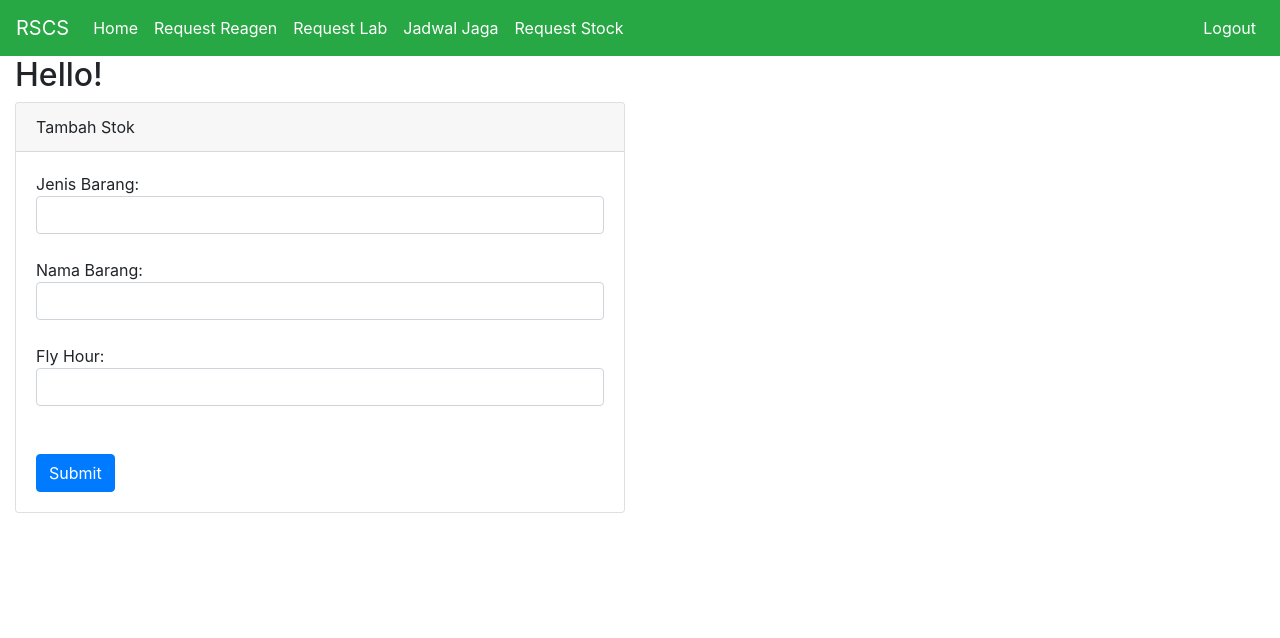
Repository: usamah1707/Tugas-Akhir-Kelompok-6
Page: http://localhost/add-stok
An editor plug-in stored every save of this project. The page is shown before and after the next save, followed by the edit.
The browser window is 1280 px wide. The pictures show the whole page.
The page is this project's Thymeleaf template; nobody is signed in. The template is opened directly, without the code that normally fills it, so the values that code supplies are empty.

Above is the page before, as saved 2019-05-28 13:12:41.

### TA_6/src/main/resources/templates/add-stok.html
<!DOCTYPE html>
<html xmlns:th="http://www.thymeleaf.org">

<head>
    <title>Add Stok</title>

    <object th:include="fragments/fragment :: css" th:remove="tag"></object>
    <object th:include="fragments/fragment :: js" th:remove="tag"></object>
</head>

<body>
    <nav th:replace="fragments/fragment :: navbar"></nav>

    <div class="container-fluid">
        <h2>Hello!</h2>
        <div class="row">
            <div class="col-md-6">
                <div class="card">
                    <div class="card-header">
                        Tambah Stok
                    </div>
                    <div class="card-body">
                        <form th:action="@{/lab/stok/tambah}" th:object="${stok}" method="POST">
                            Jenis Barang: <br>
                            <input type="text" name="namaBarang" class="form-control"/>
                            <br>
                            Nama Barang: <br>
                            <input type="text" name="name" class="form-control"/>
                            <br>
                            Fly Hour: <br>
                            <input type="number" name="flyHour" class="form-control"/>
                            <br><br>
                            <button type="submit" class="btn btn-primary">Submit</button>
                        </form>
                    </div>
                </div>
            </div>
        </div>
    </div>
</body>

</html>

### TA_6/src/main/resources/templates/fragments/fragment.html
<!DOCTYPE html>
<html xmlns:th="http://www.thymeleaf.org">

<head>
    <title>Home</title>
	<head th:fragment="metas">
		<meta charset="utf-8">
    	<meta name="viewport" content="width=device-width, initial-scale=1, shrink-to-fit=no">
	</head>
    <head th:fragment="css">
    	<link rel="stylesheet" th:href="@{/css/style.css}">
        <link rel="stylesheet" th:href="@{/css/bootstrap.min.css}">

    </head>

    <head th:fragment="js">
    	<script
  src="https://code.jquery.com/jquery-3.3.1.js"
  integrity="sha256-2Kok7MbOyxpgUVvAk/HJ2jigOSYS2auK4Pfzbm7uH60="
  crossorigin="anonymous"></script>
        <script th:src="@{/js/bootstrap.min.js}"></script>
    </head>
</head>

<body>
    <nav th:fragment="navbar" class="navbar navbar-expand-lg navbar-dark bg-success">
        <a class="navbar-brand" href="#">RSCS</a>
        <div class="collapse navbar-collapse" id="navbarSupportedContent">
            <ul class="navbar-nav mr-auto">
                <li class="nav-item active">
                    <a class="nav-link" th:href="@{/}">Home</a>
                </li>

                <li class="nav-item active">
                    <a class="nav-link" th:href="@{/lab/kebutuhan/tambah}">Request Reagen</a>
                </li>
                 <li class="nav-item active">
                    <a class="nav-link" th:href="@{/lab/pemeriksaan/permintaan}">Request Lab</a>
                </li>
                <li class="nav-item active">
                    <a class="nav-link" th:href="@{/jadwal-jaga}">Jadwal Jaga</a>
                </li>
                <li class="nav-item active">
                    <a class="nav-link" th:href="@{/obat/request}">Request Stock</a>
                </li>
            </ul>
            <ul class="navbar-nav pull-right">
            	<li class="nav-item active">
            		<a class="nav-link" th:href="@{/logout}">Logout</a>
            	</li>
            </ul>
        </div>
    </nav>
</body>

</html>

### TA_6/src/main/resources/static/css/style.css
body {
  background: #34495e;
  font: normal 300 18px "Roboto", sans-serif;
}

#menu-nav {
  max-width: 1000px;
  margin: 130px auto;
  background-color: #ecf0f1;
  border-radius: 4px;
  box-shadow: 0 2px 5px rgba(0, 0, 0, 0.3);
}

#navigation-bar ul {
  border-radius: 4px;
  overflow: hidden;
}
#navigation-bar li {
  float: left;
  width: 20%;
}
#navigation-bar li:hover a::before {
  right: 0;
  left: 0;
}
#navigation-bar a {
  color: #848484;
  font-size: 20px;
  text-decoration: none;
  text-align: center;
  padding: 20px 0;
  display: block;
  position: relative;
  transition: all 0.3s ease;
}
#navigation-bar a:hover {
  color: #e74c3c;
}
#navigation-bar a::before {
  content: "";
  transition: all 0.4s ease-in-out;
  position: absolute;
  right: 50%;
  left: 50%;
  bottom: 0;
  height: 2px;
  background-color: #e74c3c;
}
#navigation-bar a:hover::before {
  right: 0;
  left: 0;
}

li {
	list-style: none;
}

Loaded but not shown: TA_6/src/main/resources/static/css/bootstrap.min.css (library); TA_6/src/main/resources/static/js/bootstrap.min.js (library)

After the next save:
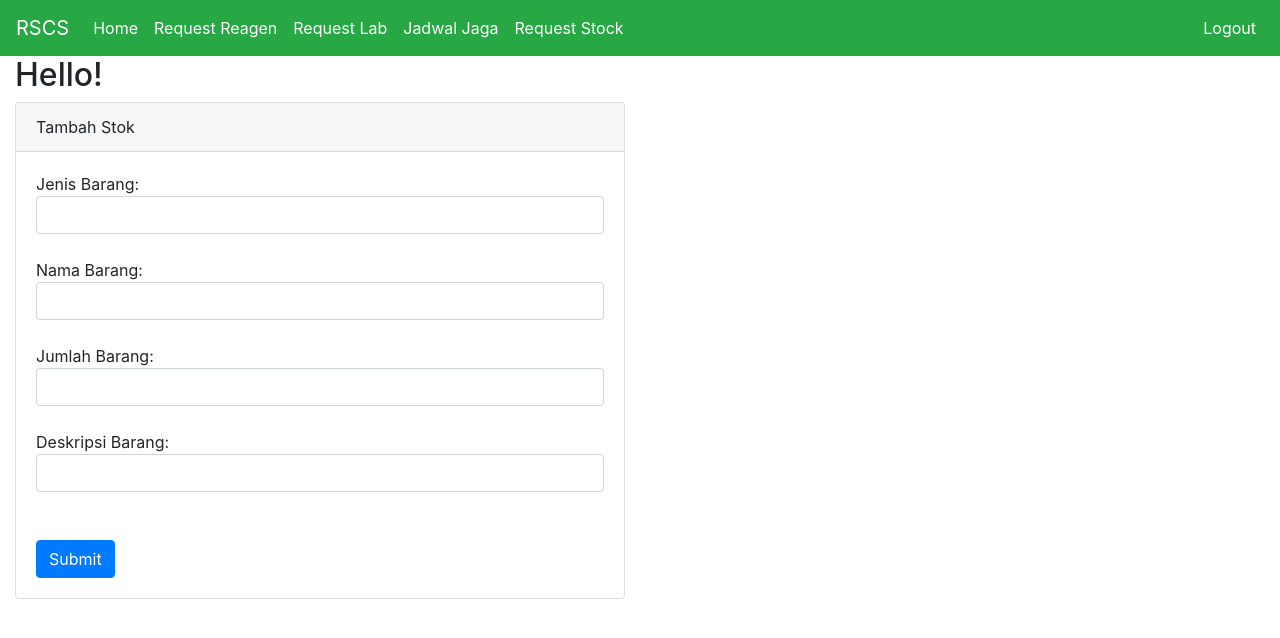
Saved 2 min 29 s later.
--- a/TA_6/src/main/resources/templates/add-stok.html
+++ b/TA_6/src/main/resources/templates/add-stok.html
@@ -22,13 +22,16 @@
                     <div class="card-body">
                         <form th:action="@{/lab/stok/tambah}" th:object="${stok}" method="POST">
                             Jenis Barang: <br>
+                            <input type="text" name="jenisBarang" class="form-control"/>
+                            <br>
+                            Nama Barang: <br>
                             <input type="text" name="namaBarang" class="form-control"/>
                             <br>
-                            Nama Barang: <br>
-                            <input type="text" name="name" class="form-control"/>
+                            Jumlah Barang: <br>
+                            <input type="number" name="jumlahBarang" class="form-control"/>
                             <br>
-                            Fly Hour: <br>
-                            <input type="number" name="flyHour" class="form-control"/>
+                            Deskripsi Barang: <br>
+                            <input type="text" name="deskripsiBarang" class="form-control"/>
                             <br><br>
                             <button type="submit" class="btn btn-primary">Submit</button>
                         </form>
